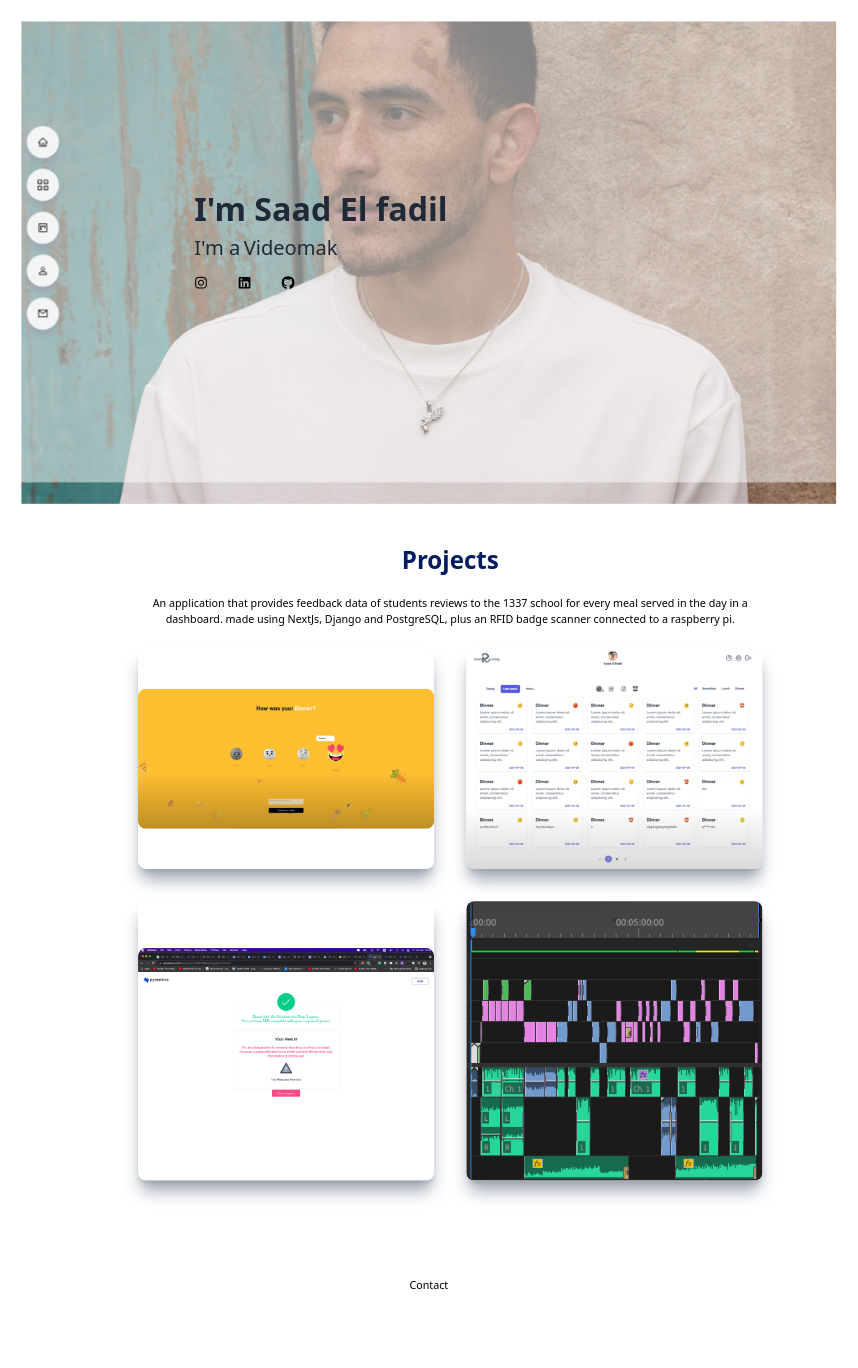
Repository: Saadelfadil/saadelfadil.github.io
Page: /
An editor plug-in stored every save of this project. The page is shown before and after the next save, followed by the edit.
The browser window is 1280 px wide. The pictures show the whole page, at 67% of full size.
The project was rebuilt for these pictures with package versions that can differ from the ones it lists, and the page was loaded fresh each time. Also part of the build but not shown: vite.config.js.

Above is the page before, as saved 2023-02-26 18:42:58.

### src/App.jsx
import './App.css'
import Sidenave from './components/Sidenave'
import Main from './components/Main'
import Projects from './components/Projects'
import Contact from './components/Contact'

function App() {

  return (
    <div>
      <Sidenave />
      <Main />
      <Projects />
      <Contact />
    </div>
  )
}

export default App

### src/components/Sidenave.jsx
import React, { useState } from "react";
import { AiOutlineHome, AiOutlineMail, AiOutlineMenu, AiOutlineProject } from "react-icons/ai"
import { GrProjects } from "react-icons/gr"
import { BsPerson } from "react-icons/bs"

const Sidenave = () => {
    const [nav, setNav] = useState(false)

    const handleNav = () => {
        setNav((prev) => prev = !nav);
    };

  return (
    <div>
        <AiOutlineMenu onClick={handleNav} className="absolute top-4 right-4 z-[100] md:hidden"/>
        {
            nav ? (
                <div className="fixed w-full h-screen bg-white/90 flex flex-col justify-center items-center z-20">
                    <a href="#main" className="w-[75%] flex justify-center rounded-full shadow-lg bg-gray-100 shadow-gray-400 m-2 p-4 cursor-pointer hover:scale-110 ease-in duration-200">
                        <AiOutlineHome size={20}/>
                        <span className="pl-4">Home</span>
                    </a>
                    <a href="#work" className="w-[75%] flex justify-center rounded-full shadow-lg bg-gray-100 shadow-gray-400 m-2 p-4 cursor-pointer hover:scale-110 ease-in duration-200">
                        <GrProjects size={20}/>
                        <span className="pl-4">Work</span>
                    </a>
                    <a href="#projects" className="w-[75%] flex justify-center rounded-full shadow-lg bg-gray-100 shadow-gray-400 m-2 p-4 cursor-pointer hover:scale-110 ease-in duration-200">
                        <AiOutlineProject size={20}/>
                        <span className="pl-4">Projects</span>
                    </a>
                    <a href="#main" className="w-[75%] flex justify-center rounded-full shadow-lg bg-gray-100 shadow-gray-400 m-2 p-4 cursor-pointer hover:scale-110 ease-in duration-200">
                        <BsPerson size={20}/>
                        <span className="pl-4">Resume</span>
                    </a>
                    <a href="#contact" className="w-[75%] flex justify-center rounded-full shadow-lg bg-gray-100 shadow-gray-400 m-2 p-4 cursor-pointer hover:scale-110 ease-in duration-200">
                        <AiOutlineMail size={20}/>
                        <span className="pl-4">Contact</span>
                    </a>
                </div>
            ) : ""
        }

        <div className="md:block hidden fixed top-[25%] z-10">
            <div className="flex flex-col">
                <a href="#main" className="rounded-full shadow-lg bg-gray-100 shadow-gray-400 m-2 p-4 cursor-pointer hover:scale-110 ease-in duration-300 ">
                    <AiOutlineHome />
                </a>
                <a href="#work" className="rounded-full shadow-lg bg-gray-100 shadow-gray-400 m-2 p-4 cursor-pointer hover:scale-110 ease-in duration-300 ">
                    <GrProjects />
                </a>
                <a href="#projects" className="rounded-full shadow-lg bg-gray-100 shadow-gray-400 m-2 p-4 cursor-pointer hover:scale-110 ease-in duration-300 ">
                    <AiOutlineProject />
                </a>
                <a href="#main" className="rounded-full shadow-lg bg-gray-100 shadow-gray-400 m-2 p-4 cursor-pointer hover:scale-110 ease-in duration-300 ">
                    <BsPerson />
                </a>
                <a href="#contact" className="rounded-full shadow-lg bg-gray-100 shadow-gray-400 m-2 p-4 cursor-pointer hover:scale-110 ease-in duration-300 ">
                    <AiOutlineMail />
                </a>
            </div>
        </div>
    </div>
  )
};

export default Sidenave;

### src/components/Main.jsx
import React from "react";
import { TypeAnimation } from "react-type-animation"
import { FaGithub, FaInstagram, FaLinkedin } from "react-icons/fa"

const Main = () => {
  return (
    <div id="main">
        <img className="w-full h-screen object-cover object-right " src="/src/assets/saadelfadil.jpg" alt="saadelfadil" />
        <div className="w-full h-screen absolute top-0 left-0 bg-white/50 ">
            <div className="max-w-[700px] m-auto h-full w-full flex flex-col justify-center lg:items-start items-center ">
                <h1 className="sm:text-5xl text-4xl font-bold text-gray-800">I'm Saad El fadil</h1>
                <h2 className="flex sm:text-3xl text-2xl pt-4 text-gray-800">I'm a
                    <TypeAnimation
                        sequence={[
                            'Software Engineer', // Types 'One'
                            1000, // Waits 1s
                            'Videomaker', // Deletes 'One' and types 'Two'
                            2000, // Waits 2s
                        ]}
                        wrapper="div"
                        cursor={true}
                        repeat={Infinity}
                        style={{ fontSize: '1em', paddingLeft: "5px" }}
                    />
                </h2>
                <div className="flex justify-between pt-6 max-w-[150px] w-full">
                        <FaInstagram size={20} className="cursor-pointer"/>
                        <FaLinkedin size={20} className="cursor-pointer"/>
                        <FaGithub size={20} className="cursor-pointer"/>
                </div>
            </div>
        </div>
    </div>
  )
};

export default Main;

### src/components/Projects.jsx
import React from "react";
import ProjectItem from "./ProjectItem";
import img from "../assets/1337_foodback.png";
import img2 from "../assets/1337_foodback_2.png";
import img3 from "../assets/1337_foodback_3.png";
import img4 from "../assets/1337_foodback_4.png";


const Projects = () => {
  return (
    <div id="projects" className="max-w-[1028px] m-auto md:pl-20 p-4 py-16">
        <h1 className="text-4xl font-bold text-center text-[#001b5e] ">Projects</h1>
        <p className="text-center py-8">
            An application that provides feedback data of students reviews to the 1337 school for every meal served in the day in a dashboard. made using NextJs, Django and PostgreSQL, plus an RFID badge scanner connected to a raspberry pi.
        </p>
        <div className="grid sm:grid-cols-2 gap-12">
            <ProjectItem img={img} title="1337 FoodBack"/>
            <ProjectItem img={img2} title="App 2"/>
            <ProjectItem img={img3} title="App 3"/>
            <ProjectItem img={img4} title="App 4"/>
        </div>
    </div>
  )
};

export default Projects;

### src/components/Contact.jsx
import React from "react";

const Contact = () => {
  return (
    <div id="contact" className="max-w-[1028px] m-auto md-pl-20 p-4 py-16">
        <h1 className="py-4 ">
            Contact
        </h1>

    </div>
  )
};

export default Contact;

### src/components/ProjectItem.jsx
import React from "react";

const ProjectItem = ({img, title}) => {
  return (
    <div className="relative flex items-center justify-center w-full h-auto shadow-xl shadow-gray-400 rounded-xl group hover:bg-gradient-to-r from-gray-200 to-[#001b5e]">
        <img src={img} alt="/" className="rounded-xl group-hover:opacity-10" />
        <div className="hidden group-hover:block absolute top-[50%] left-[50%] translate-x-[-50%] translate-y-[-50%] ">
            <h3 className="text-xl font-bold text-white  text-center">
                {title}
            </h3>
            <p className="pb-4 pt-2 text-white text-center">React Js</p>
            <a href="/">
                <p className="text-center p-2 rounded-lg bg-white text-gray-700 font-bold cursor-pointer text-sm">More Info</p>
            </a>
        </div>
    </div>
  )
};

export default ProjectItem;

Loaded but not shown: index.html (common file); src/main.jsx (common file); src/index.css (common file); src/App.css (common file); tailwind.config.cjs (common file)

After the next save:
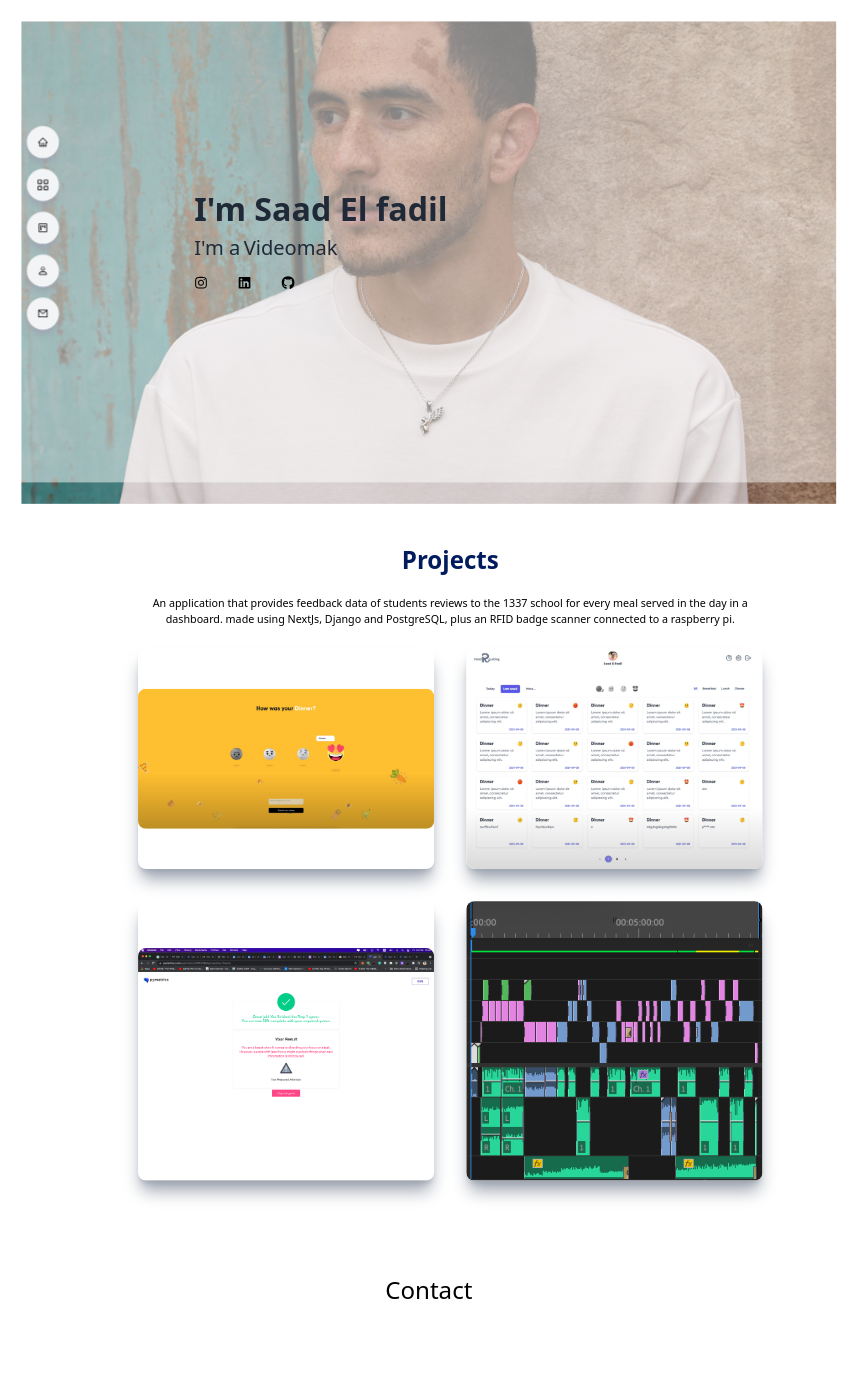
Saved 4 s later.
--- a/src/components/Contact.jsx
+++ b/src/components/Contact.jsx
@@ -3,7 +3,7 @@
 const Contact = () => {
   return (
     <div id="contact" className="max-w-[1028px] m-auto md-pl-20 p-4 py-16">
-        <h1 className="py-4 ">
+        <h1 className="py-4 text-4xl ">
             Contact
         </h1>
 
